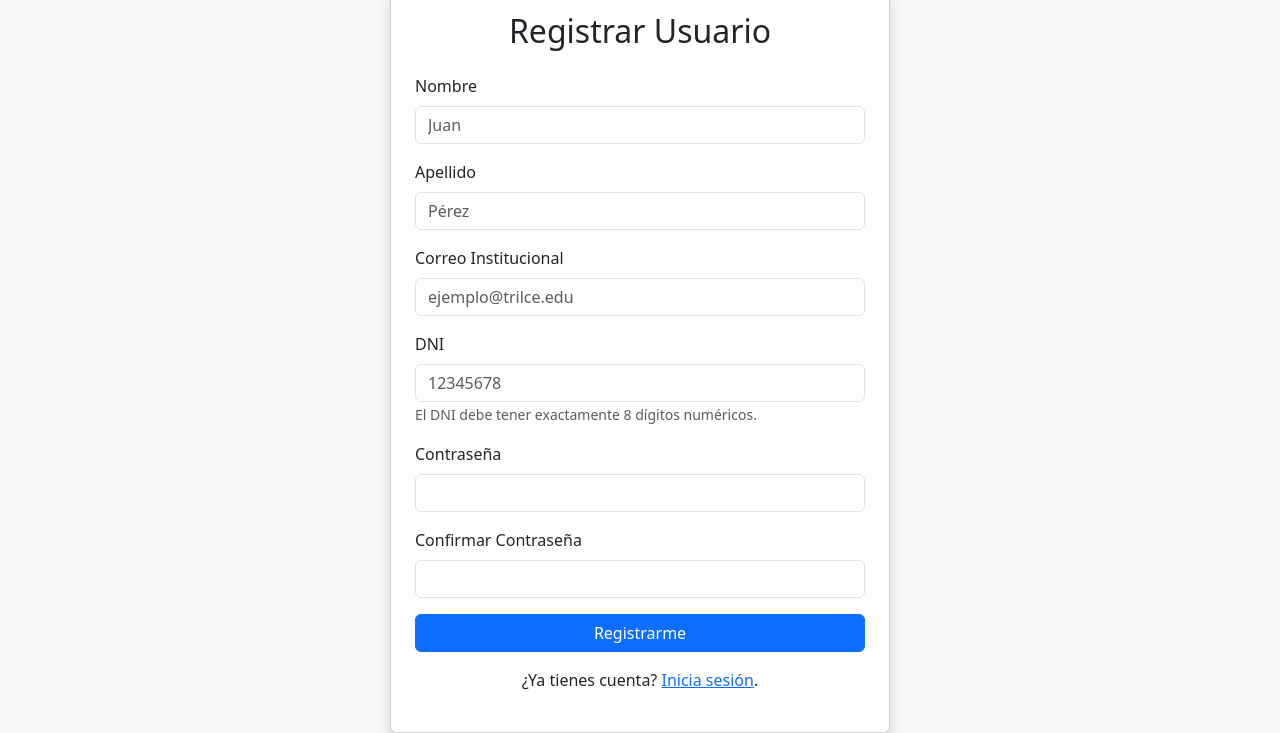
Repository: maycky02/Bibloteca_integrador
Page: http://localhost/registrarme
An editor plug-in stored every save of this project. The page is shown before and after the next save, followed by the edit.
The browser window is 1280 px wide. The pictures show the whole page.
The page is this project's Thymeleaf template; nobody is signed in. The template is opened directly, without the code that normally fills it, so the values that code supplies are empty.

Above is the page before, as saved 2024-12-03 21:23:53.

After the next save:
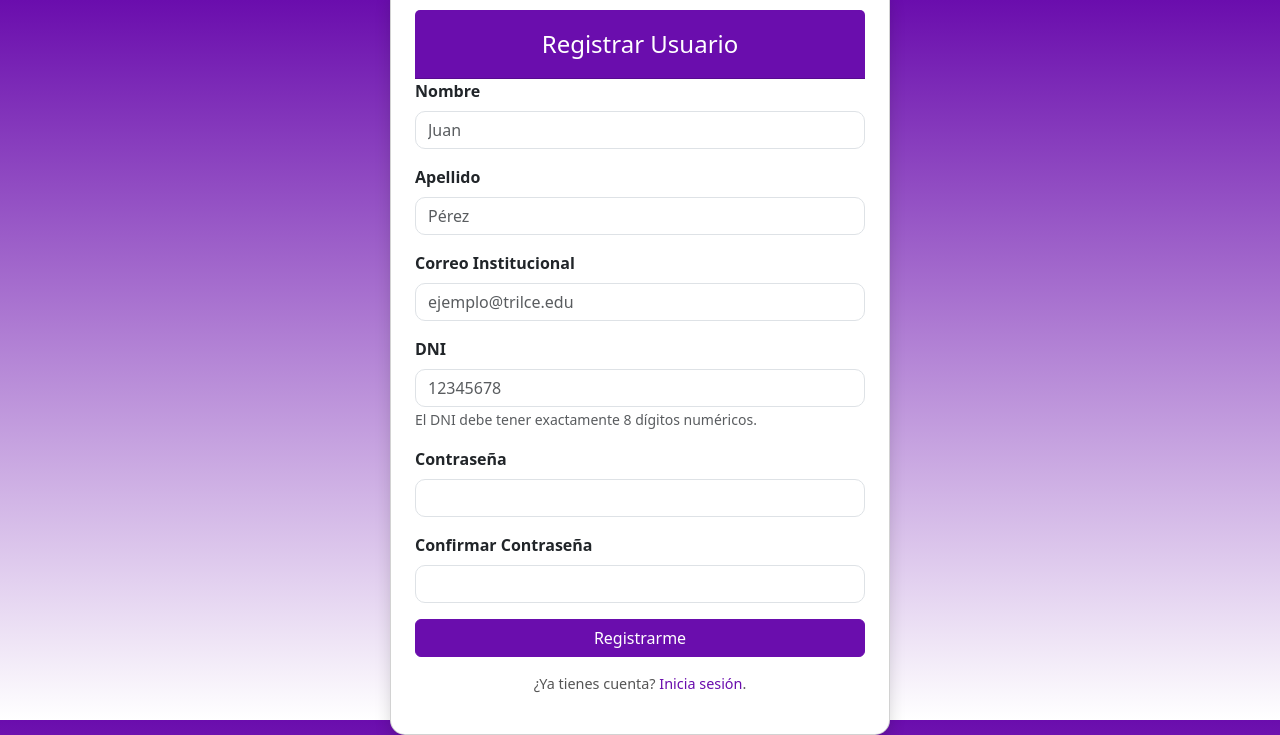
Saved 74 s later.
--- a/Bibloteca/src/main/resources/templates/registrarme.html
+++ b/Bibloteca/src/main/resources/templates/registrarme.html
@@ -5,11 +5,79 @@
     <meta name="viewport" content="width=device-width, initial-scale=1.0">
     <title>Registrar Usuario</title>
     <link href="https://cdn.jsdelivr.net/npm/bootstrap@5.3.0/dist/css/bootstrap.min.css" rel="stylesheet">
+    <style>
+        /* Fondo degradado de morado a blanco */
+        body {
+            background: linear-gradient(to bottom, #6a0dad, #ffffff);
+            height: 100vh;
+        }
+
+        /* Personalización de la tarjeta */
+        .card {
+            border-radius: 15px;
+            box-shadow: 0 4px 10px rgba(0, 0, 0, 0.1);
+        }
+
+        .card-header {
+            background-color: #6a0dad;
+            color: white;
+            font-size: 1.5rem;
+            text-align: center;
+            border-top-left-radius: 15px;
+            border-top-right-radius: 15px;
+            padding: 1rem;
+        }
+
+        /* Botones */
+        .btn-primary {
+            background-color: #6a0dad;
+            border-color: #6a0dad;
+        }
+
+        .btn-primary:hover {
+            background-color: #550a8a;
+            border-color: #550a8a;
+        }
+
+        /* Estilo para los campos de entrada */
+        .form-control {
+            border-radius: 10px;
+        }
+
+        .form-label {
+            font-weight: bold;
+        }
+
+        /* Estilo para los mensajes de éxito y error */
+        .alert {
+            border-radius: 10px;
+        }
+
+        .footer-text {
+            font-size: 0.9rem;
+            color: #555;
+        }
+
+        /* Ajustes de los enlaces */
+        a {
+            color: #6a0dad;
+            text-decoration: none;
+        }
+
+        a:hover {
+            text-decoration: underline;
+        }
+    </style>
 </head>
-<body class="bg-light">
+<body>
+
+    <!-- Contenedor principal -->
     <div class="container d-flex align-items-center justify-content-center" style="height: 100vh;">
         <div class="card p-4 shadow" style="width: 500px;">
-            <h2 class="text-center mb-4">Registrar Usuario</h2>
+            <div class="card-header">
+                Registrar Usuario
+            </div>
+
             <!-- Mostrar mensaje de éxito o error -->
             <div th:if="${mensaje}" class="alert alert-success" role="alert">
                 <p th:text="${mensaje}"></p>
@@ -17,33 +85,40 @@
             <div th:if="${error}" class="alert alert-danger" role="alert">
                 <p th:text="${error}"></p>
             </div>
+
+            <!-- Formulario de registro -->
             <form action="/registrarme" method="post">
                 <!-- Campo para el nombre -->
                 <div class="mb-3">
                     <label for="nombre" class="form-label">Nombre</label>
                     <input type="text" class="form-control" id="nombre" name="nombre" placeholder="Juan" required>
                 </div>
+
                 <!-- Campo para el apellido -->
                 <div class="mb-3">
                     <label for="apellido" class="form-label">Apellido</label>
                     <input type="text" class="form-control" id="apellido" name="apellido" placeholder="Pérez" required>
                 </div>
+
                 <!-- Campo para el correo -->
                 <div class="mb-3">
                     <label for="correo" class="form-label">Correo Institucional</label>
                     <input type="email" class="form-control" id="correo" name="correo" placeholder="ejemplo@trilce.edu" required>
                 </div>
+
                 <!-- Campo para el DNI (validado para 8 dígitos numéricos) -->
                 <div class="mb-3">
                     <label for="dni" class="form-label">DNI</label>
                     <input type="text" class="form-control" id="dni" name="dni" pattern="^\d{8}$" maxlength="8" placeholder="12345678" required>
                     <small class="form-text text-muted">El DNI debe tener exactamente 8 dígitos numéricos.</small>
                 </div>
+
                 <!-- Campo para la contraseña -->
                 <div class="mb-3">
                     <label for="contraseña" class="form-label">Contraseña</label>
                     <input type="password" class="form-control" id="contraseña" name="contraseña" required>
                 </div>
+
                 <!-- Campo para confirmar la contraseña -->
                 <div class="mb-3">
                     <label for="confirmarContraseña" class="form-label">Confirmar Contraseña</label>
@@ -52,11 +127,17 @@
 
                 <!-- Botón de registro -->
                 <button type="submit" class="btn btn-primary w-100">Registrarme</button>
-                <p class="mt-3 text-center">
+
+                <!-- Enlace para iniciar sesión -->
+                <p class="mt-3 text-center footer-text">
                     ¿Ya tienes cuenta? <a href="/login">Inicia sesión</a>.
                 </p>
             </form>
         </div>
     </div>
+
+    <!-- Scripts de Bootstrap -->
+    <script src="https://cdn.jsdelivr.net/npm/bootstrap@5.3.0/dist/js/bootstrap.bundle.min.js"></script>
+
 </body>
 </html>
